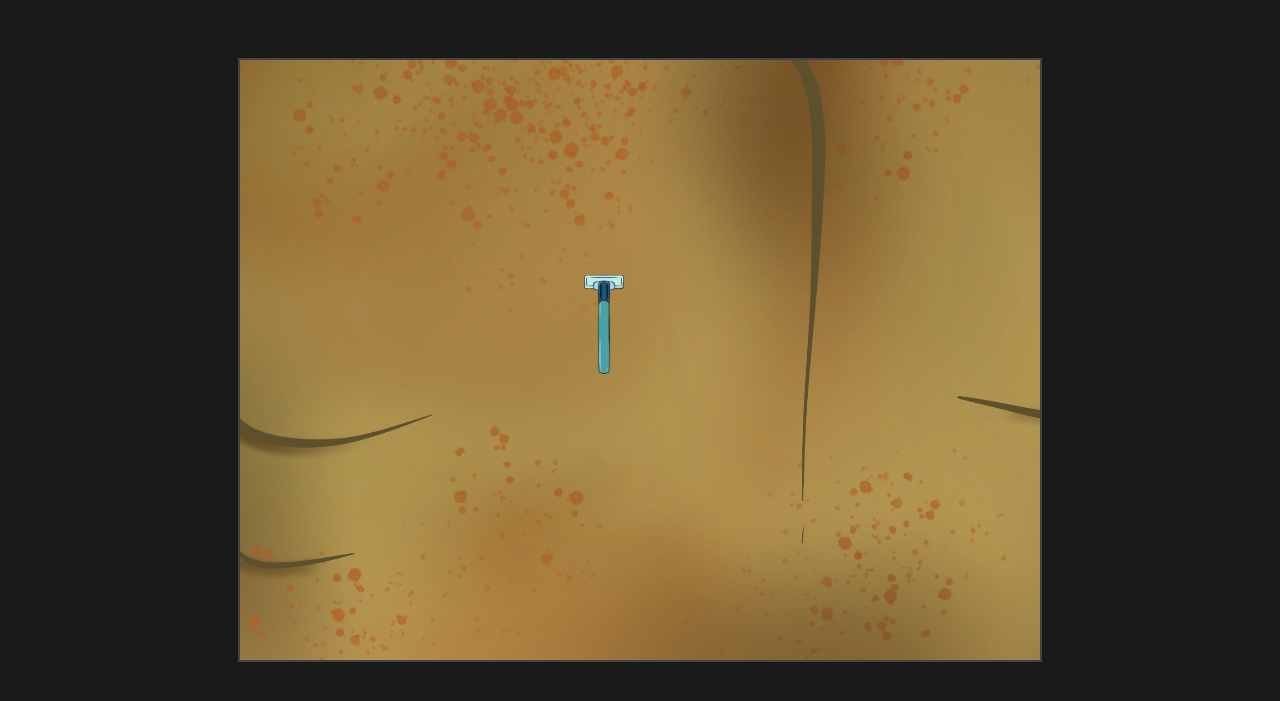
Repository: MaiCrespo/Shave-My-Back
Page: index.html
The author's editor kept a copy of each file at every save. The page is drawn from the files as they stood at one save, then again after the next save.
The browser window is 1280 px wide. The pictures show the whole page.

Above is the page before, as saved 2026-01-26 21:06:18.
Console error: SyntaxError: Identifier 'canvas' has already been declared

### index.html
<!DOCTYPE html>
<html lang="en">
  <head>
    <meta charset="UTF-8" />
    <title>Shave My Back Simulator</title>
    <style>
      body {
        margin: 0;
        display: flex;
        justify-content: center;
        align-items: center;
        height: 100vh;
        background: #1a1a1a;
        cursor: none;
        overflow: hidden;
      }
      #game-container {
        position: relative;
        width: 800px;
        height: 600px;
        /* Pointing to the assets folder */
        background-image: url("assets/Skin.png");
        background-size: cover;
        border: 2px solid #444;
      }
      canvas {
        position: absolute;
        top: 0;
        left: 0;
        z-index: 10;
      }
      #razor {
        position: fixed;
        pointer-events: none;
        width: 120px;
        z-index: 1000;
        transform: translate(-30%, -30%);
      }
      .wound {
        position: absolute;
        pointer-events: none;
        width: 60px;
        z-index: 5;
      }
    </style>
  </head>
  <body>
    <img id="razor" src="assets/Razor.png" alt="razor" />

    <div id="game-container">
      <canvas id="gameCanvas"></canvas>
    </div>

    <script src="app.js"></script>
  </body>
</html>

### app.js
const canvas = document.getElementById("gameCanvas");
const ctx = canvas.getContext("2d");
const razor = document.getElementById("razor");

canvas.width = 800; // Match your background image aspect ratio
canvas.height = 600;

const hairImages = [
  "HairOne.png",
  "HairTwo.png",
  "HairThree.png",
  "HairFour.png",
];
const woundImg = new Image();
woundImg.src = "Wound.png";

// 1. Fill the canvas with randomized, overlapping hairs
function initHairs() {
  for (let i = 0; i < 200; i++) {
    const img = new Image();
    img.src = hairImages[Math.floor(Math.random() * hairImages.length)];
    img.onload = () => {
      const x = Math.random() * canvas.width;
      const y = Math.random() * canvas.height;
      ctx.drawImage(img, x, y, 100, 100);
    };
  }
  // Set the blend mode to "erase" for shaving
  ctx.globalCompositeOperation = "destination-out";
}

// 2. Track Mouse/Razor
window.addEventListener("mousemove", (e) => {
  razor.style.left = e.pageX + "px";
  razor.style.top = e.pageY + "px";

  if (e.buttons === 1) {
    // Shave while left-clicking
    shave(e.offsetX, e.offsetY);
  }
});

// 3. Shaving Logic
function shave(x, y) {
  ctx.lineWidth = 40;
  ctx.lineCap = "round";
  ctx.beginPath();
  ctx.moveTo(x, y);
  ctx.lineTo(x, y);
  ctx.stroke();

  // Trigger Wound Logic
  // If user shaves too deep (e.g., clicks/drags in a specific area
  // or stays too long), draw the wound on the background.
  checkInjury(x, y);
}

const canvas = document.getElementById("hairCanvas");
const ctx = canvas.getContext("2d");
const container = document.getElementById("game-container");
const razor = document.getElementById("razor");

canvas.width = 800;
canvas.height = 600;

// Correct paths based on your assets folder
const hairFiles = [
  "assets/HairOne.png",
  "assets/HairTwo.png",
  "assets/HairThree.png",
  "assets/HairFour.png",
];

const shaveMap = {}; // Tracks how many times a spot has been shaved
let imagesLoaded = 0;
const hairImages = [];

// Load all hair images before starting
hairFiles.forEach((src, index) => {
  const img = new Image();
  img.src = src;
  img.onload = () => {
    hairImages[index] = img;
    imagesLoaded++;
    if (imagesLoaded === hairFiles.length) {
      initSimulator();
    }
  };
});

function initSimulator() {
  // Fill the back with randomized, overlapping hairs
  for (let i = 0; i < 500; i++) {
    const img = hairImages[Math.floor(Math.random() * hairImages.length)];
    const x = Math.random() * canvas.width - 40;
    const y = Math.random() * canvas.height - 40;

    ctx.save();
    ctx.translate(x, y);
    ctx.rotate(Math.random() * 0.5 - 0.25); // Slight random tilt
    ctx.drawImage(img, 0, 0, 100, 100);
    ctx.restore();
  }

  // Set "destination-out" to make the razor act as an eraser
  ctx.globalCompositeOperation = "destination-out";
}

// Handle mouse movement and shaving
window.addEventListener("mousemove", (e) => {
  razor.style.left = e.clientX + "px";
  razor.style.top = e.clientY + "px";

  if (e.buttons === 1) {
    // 1 = Left Click
    const rect = canvas.getBoundingClientRect();
    const x = e.clientX - rect.left;
    const y = e.clientY - rect.top;
    performShave(x, y);
  }
});

function performShave(x, y) {
  // Erase the hair
  ctx.beginPath();
  ctx.arc(x, y, 25, 0, Math.PI * 2);
  ctx.fill();

  // Depth Logic: Track "shave pressure"
  // We divide the screen into 10x10 grids to track local shaving
  const gridX = Math.floor(x / 10);
  const gridY = Math.floor(y / 10);
  const key = `${gridX}-${gridY}`;

  shaveMap[key] = (shaveMap[key] || 0) + 1;

  // Trigger wound if user shaves the same spot too much
  // (Essentially "going deeper" than the HairOne stubble level)
  if (shaveMap[key] === 15) {
    triggerWound(x, y);
  }
}

function triggerWound(x, y) {
  const wound = document.createElement("img");
  wound.src = "assets/Wound.png";
  wound.className = "wound";
  wound.style.left = x - 25 + "px";
  wound.style.top = y - 25 + "px";
  container.appendChild(wound);
}

After the next save:
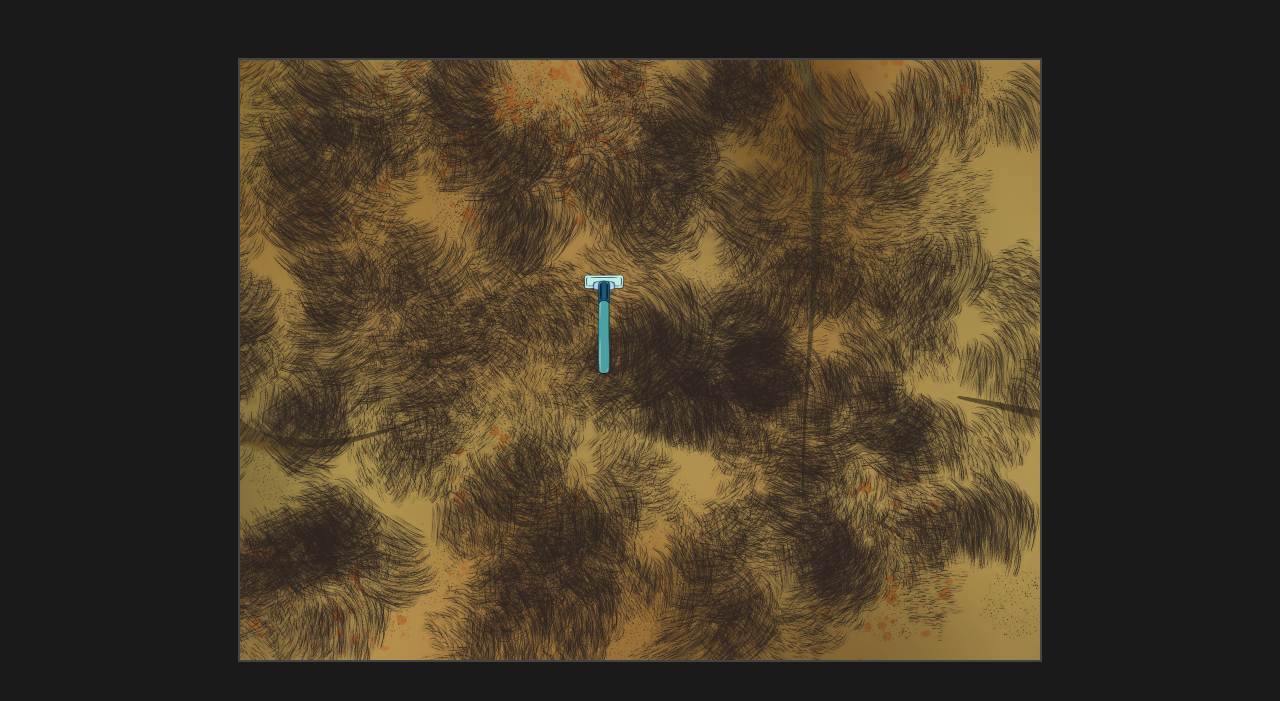
The error is gone.
Saved 10 s later.
--- a/app.js
+++ b/app.js
@@ -1,61 +1,4 @@
 const canvas = document.getElementById("gameCanvas");
-const ctx = canvas.getContext("2d");
-const razor = document.getElementById("razor");
-
-canvas.width = 800; // Match your background image aspect ratio
-canvas.height = 600;
-
-const hairImages = [
-  "HairOne.png",
-  "HairTwo.png",
-  "HairThree.png",
-  "HairFour.png",
-];
-const woundImg = new Image();
-woundImg.src = "Wound.png";
-
-// 1. Fill the canvas with randomized, overlapping hairs
-function initHairs() {
-  for (let i = 0; i < 200; i++) {
-    const img = new Image();
-    img.src = hairImages[Math.floor(Math.random() * hairImages.length)];
-    img.onload = () => {
-      const x = Math.random() * canvas.width;
-      const y = Math.random() * canvas.height;
-      ctx.drawImage(img, x, y, 100, 100);
-    };
-  }
-  // Set the blend mode to "erase" for shaving
-  ctx.globalCompositeOperation = "destination-out";
-}
-
-// 2. Track Mouse/Razor
-window.addEventListener("mousemove", (e) => {
-  razor.style.left = e.pageX + "px";
-  razor.style.top = e.pageY + "px";
-
-  if (e.buttons === 1) {
-    // Shave while left-clicking
-    shave(e.offsetX, e.offsetY);
-  }
-});
-
-// 3. Shaving Logic
-function shave(x, y) {
-  ctx.lineWidth = 40;
-  ctx.lineCap = "round";
-  ctx.beginPath();
-  ctx.moveTo(x, y);
-  ctx.lineTo(x, y);
-  ctx.stroke();
-
-  // Trigger Wound Logic
-  // If user shaves too deep (e.g., clicks/drags in a specific area
-  // or stays too long), draw the wound on the background.
-  checkInjury(x, y);
-}
-
-const canvas = document.getElementById("hairCanvas");
 const ctx = canvas.getContext("2d");
 const container = document.getElementById("game-container");
 const razor = document.getElementById("razor");
@@ -63,7 +6,7 @@ const razor = document.getElementById("razor");
 canvas.width = 800;
 canvas.height = 600;
 
-// Correct paths based on your assets folder
+// Corrected paths to match your "assets" folder
 const hairFiles = [
   "assets/HairOne.png",
   "assets/HairTwo.png",
@@ -71,81 +14,70 @@ const hairFiles = [
   "assets/HairFour.png",
 ];
 
-const shaveMap = {}; // Tracks how many times a spot has been shaved
-let imagesLoaded = 0;
+const shaveMap = {};
+let loadedCount = 0;
 const hairImages = [];
 
-// Load all hair images before starting
+// Preload images
 hairFiles.forEach((src, index) => {
   const img = new Image();
   img.src = src;
   img.onload = () => {
     hairImages[index] = img;
-    imagesLoaded++;
-    if (imagesLoaded === hairFiles.length) {
-      initSimulator();
+    loadedCount++;
+    if (loadedCount === hairFiles.length) {
+      setupHairs();
     }
   };
 });
 
-function initSimulator() {
-  // Fill the back with randomized, overlapping hairs
-  for (let i = 0; i < 500; i++) {
+function setupHairs() {
+  // Generate 400 random hairs
+  for (let i = 0; i < 400; i++) {
     const img = hairImages[Math.floor(Math.random() * hairImages.length)];
-    const x = Math.random() * canvas.width - 40;
-    const y = Math.random() * canvas.height - 40;
+    const x = Math.random() * canvas.width - 50;
+    const y = Math.random() * canvas.height - 50;
 
     ctx.save();
     ctx.translate(x, y);
-    ctx.rotate(Math.random() * 0.5 - 0.25); // Slight random tilt
+    ctx.rotate(Math.random() * Math.PI);
     ctx.drawImage(img, 0, 0, 100, 100);
     ctx.restore();
   }
-
-  // Set "destination-out" to make the razor act as an eraser
+  // "destination-out" makes the drawing act as an eraser
   ctx.globalCompositeOperation = "destination-out";
 }
 
-// Handle mouse movement and shaving
 window.addEventListener("mousemove", (e) => {
   razor.style.left = e.clientX + "px";
   razor.style.top = e.clientY + "px";
 
   if (e.buttons === 1) {
-    // 1 = Left Click
     const rect = canvas.getBoundingClientRect();
     const x = e.clientX - rect.left;
     const y = e.clientY - rect.top;
-    performShave(x, y);
+
+    // Erase hair
+    ctx.beginPath();
+    ctx.arc(x, y, 30, 0, Math.PI * 2);
+    ctx.fill();
+
+    // Track "Depth"
+    const gridKey = `${Math.floor(x / 15)}-${Math.floor(y / 15)}`;
+    shaveMap[gridKey] = (shaveMap[gridKey] || 0) + 1;
+
+    // If user shaves the same spot too much, it triggers the wound
+    if (shaveMap[gridKey] === 20) {
+      spawnWound(x, y);
+    }
   }
 });
 
-function performShave(x, y) {
-  // Erase the hair
-  ctx.beginPath();
-  ctx.arc(x, y, 25, 0, Math.PI * 2);
-  ctx.fill();
-
-  // Depth Logic: Track "shave pressure"
-  // We divide the screen into 10x10 grids to track local shaving
-  const gridX = Math.floor(x / 10);
-  const gridY = Math.floor(y / 10);
-  const key = `${gridX}-${gridY}`;
-
-  shaveMap[key] = (shaveMap[key] || 0) + 1;
-
-  // Trigger wound if user shaves the same spot too much
-  // (Essentially "going deeper" than the HairOne stubble level)
-  if (shaveMap[key] === 15) {
-    triggerWound(x, y);
-  }
-}
-
-function triggerWound(x, y) {
+function spawnWound(x, y) {
   const wound = document.createElement("img");
-  wound.src = "assets/Wound.png";
+  wound.src = "assets/Wound.png"; // Fixed path
   wound.className = "wound";
-  wound.style.left = x - 25 + "px";
-  wound.style.top = y - 25 + "px";
+  wound.style.left = x - 30 + "px";
+  wound.style.top = y - 30 + "px";
   container.appendChild(wound);
 }
